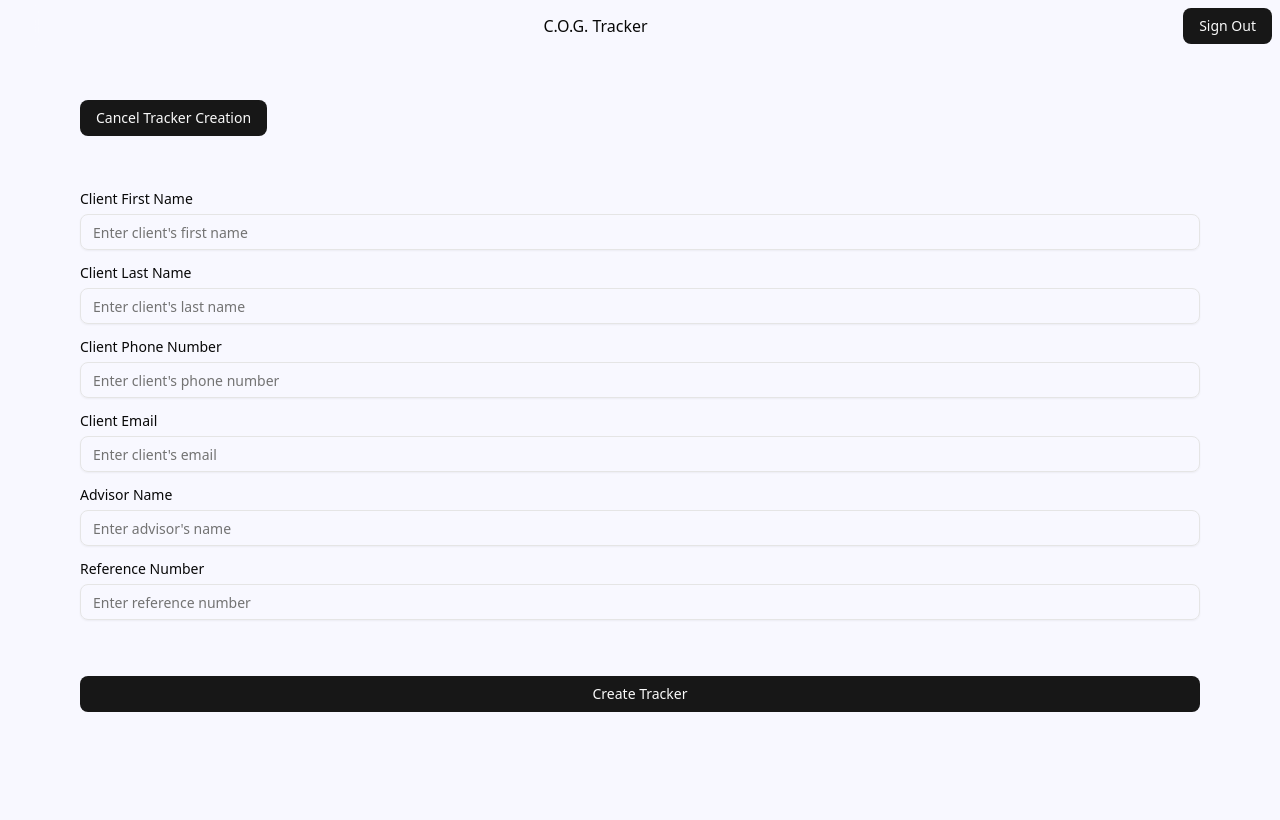
Repository: Renzo-Salosagcol/cog_tracker
Page: /dashboard/add-tracker
An editor plug-in stored every save of this project. The page is shown before and after the next save, followed by the edit.
The browser window is 1280 px wide. The pictures show the whole page.
The page's requests for data from a server got no answer. The project was rebuilt for these pictures with package versions that can differ from the ones it lists, and the page was loaded fresh each time. The framework's server and built-in components were replaced by stand-ins that run in the browser. No one was signed in, and anything a server would have sent is missing. Also part of the build but not shown: next.config.ts.

Above is the page before, as saved 2026-01-16 19:29:58.

### app/layout.tsx
import type { Metadata } from "next";
import { Geist, Geist_Mono } from "next/font/google";
import "./globals.css";

const geistSans = Geist({
  variable: "--font-geist-sans",
  subsets: ["latin"],
});

const geistMono = Geist_Mono({
  variable: "--font-geist-mono",
  subsets: ["latin"],
});

export const metadata: Metadata = {
  title: "COG Tracker",
  description: "COG tracker created to track client owned goods in a centralized and easily accessible way",
};

export default function RootLayout({
  children,
}: Readonly<{
  children: React.ReactNode;
}>) {
  return (
    <html lang="en">
      <body
        className={`${geistSans.variable} ${geistMono.variable} antialiased`}
      >
        {children}
      </body>
    </html>
  );
}

### app/dashboard/add-tracker/page.tsx
"use client";
import { Navbar } from "@/components/navbar";
import { Button } from "@/components/ui/button";
import { Separator } from "@/components/ui/separator";
import { Input } from "@/components/ui/input";
import { Label } from "@/components/ui/label";
import {
  Form,
  FormControl,
  FormDescription,
  FormField,
  FormItem,
  FormLabel,
  FormMessage,
} from "@/components/ui/form"

import { useRouter } from "next/navigation";
import { useState } from "react";
import { useForm } from "react-hook-form";
import { zodResolver } from "@hookform/resolvers/zod"
import z from "zod";

const productSchema = z.object({
  product_name: z.string().min(1, {
    message: "Product name is required.",}),
  product_sku: z.string().optional(),
  product_size: z.string().optional(),
  quantity: z.number().min(1, {
    message: "Quantity must be at least 1.",}),
});

const formSchema = z.object({
  client_first_name: z.string().min(1, {
    message: "Client first name is required.",
  }),
  client_last_name: z.string().min(1, {
    message: "Client last name is required.",
  }),
  client_phone_number: z.coerce.number().optional(),
  client_email: z
    .string()
    .email({
      message: "Email must be a valid email address.",
    })
    .optional(),
  advisor_name: z.string().min(1, {
    message: "Advisor name is required.",
  }),
  reference_number: z.coerce.number().min(1, {
    message: "Reference number is required.",
  }),
  products: z.array(productSchema).min(1, {
    message: "At least one product must be added.",
  }),
});


export default function AddTrackerPage() {
  const router = useRouter();
  const [manual_count, setManualCount] = useState(0);

  const incrementCount = () => {
    setManualCount(manual_count + 1);
  }

  const decrementCount = () => {
    if (manual_count > 0) {
      setManualCount(manual_count - 1);
    }
  }

  const moveToDashboardPage = () => {
    router.push(`/dashboard`);
  }

  const form = useForm({
    resolver: zodResolver(formSchema),
    defaultValues: {
      client_first_name: "",
      client_last_name: "",
      client_phone_number: "",
      client_email: "",
      advisor_name: "",
      reference_number: "",
      products: [],
    },
  })

  async function checkValue(formValues: z.infer<typeof formSchema>) {
    console.log(formValues.client_phone_number)
  }

  async function onSubmit(formValues: z.infer<typeof formSchema>) {
    console.log("testing");
    console.log(formValues.client_email);
  }


  return (
    <div className="root-page-element bg-background items-center justify-center p-10">
      <Navbar />
      <div className="w-full min-h-screen h-full flex flex-col gap-4 p-10 mt-5">
        <div className="mb-10 items-left w-full">
          <Button onClick={moveToDashboardPage}>Cancel Tracker Creation</Button>
        </div>
        <Form {... form}>
          <form onSubmit={form.handleSubmit(onSubmit)} className="space-y-4">
            <FormField
              control={form.control}
              name="client_first_name"
              render={({ field }) => (
                <FormItem>
                  <FormLabel>Client First Name</FormLabel>
                  <FormControl>
                    <Input placeholder="Enter client's first name" {...field} />
                  </FormControl>
                </FormItem>
              )}
            />
            <FormField
              control={form.control}
              name="client_last_name"
              render={({ field }) => (
                <FormItem>
                  <FormLabel>Client Last Name</FormLabel>
                  <FormControl>
                    <Input placeholder="Enter client's last name" {...field} />
                  </FormControl>
                </FormItem>
              )}
            />
            <FormField
              control={form.control}
              name="client_phone_number"
              render={({ field }) => (
                <FormItem>
                  <FormLabel>Client Phone Number</FormLabel>
                  <FormControl>
                    <Input
                      type="number"
                      placeholder="Enter client's phone number"
                      {...field}
                    />
                  </FormControl>
                </FormItem>
              )}
            />
            <FormField
              control={form.control}
              name="client_email"
              render={({ field }) => (
                <FormItem>
                  <FormLabel>Client Email</FormLabel>
                  <FormControl>
                    <Input placeholder="Enter client's email" {...field} />
                  </FormControl>
                </FormItem>
              )}
            />
            <FormField
              control={form.control}
              name="advisor_name"
              render={({ field }) => (
                <FormItem>
                  <FormLabel>Advisor Name</FormLabel>
                  <FormControl>
                    <Input placeholder="Enter advisor's name" {...field} />
                  </FormControl>
                </FormItem>
              )}
            />
            <FormField
              control={form.control}
              name="reference_number"
              render={({ field }) => (
                <FormItem>
                  <FormLabel>Reference Number</FormLabel>
                  <FormControl>
                    <Input
                      type="number"
                      placeholder="Enter reference number"
                      {...field}
                    />
                  </FormControl>
                </FormItem>
              )}
            />
            <Button type="submit" className="w-full mt-10">Create Tracker</Button>
          </form>
        </Form>
      </div>
    </div>
  );
}

### app/globals.css
@import "tailwindcss";
@import "tw-animate-css";

@custom-variant dark (&:is(.dark *));

@theme inline {
  --radius-sm: calc(var(--radius) - 4px);
  --radius-md: calc(var(--radius) - 2px);
  --radius-lg: var(--radius);
  --radius-xl: calc(var(--radius) + 4px);
  --radius-2xl: calc(var(--radius) + 8px);
  --radius-3xl: calc(var(--radius) + 12px);
  --radius-4xl: calc(var(--radius) + 16px);
  --color-background: var(--background);
  --color-foreground: var(--foreground);
  --color-card: var(--card);
  --color-card-foreground: var(--card-foreground);
  --color-popover: var(--popover);
  --color-popover-foreground: var(--popover-foreground);
  --color-primary: var(--primary);
  --color-primary-foreground: var(--primary-foreground);
  --color-secondary: var(--secondary);
  --color-secondary-foreground: var(--secondary-foreground);
  --color-muted: var(--muted);
  --color-muted-foreground: var(--muted-foreground);
  --color-accent: var(--accent);
  --color-accent-foreground: var(--accent-foreground);
  --color-destructive: var(--destructive);
  --color-border: var(--border);
  --color-input: var(--input);
  --color-ring: var(--ring);
  --color-chart-1: var(--chart-1);
  --color-chart-2: var(--chart-2);
  --color-chart-3: var(--chart-3);
  --color-chart-4: var(--chart-4);
  --color-chart-5: var(--chart-5);
  --color-sidebar: var(--sidebar);
  --color-sidebar-foreground: var(--sidebar-foreground);
  --color-sidebar-primary: var(--sidebar-primary);
  --color-sidebar-primary-foreground: var(--sidebar-primary-foreground);
  --color-sidebar-accent: var(--sidebar-accent);
  --color-sidebar-accent-foreground: var(--sidebar-accent-foreground);
  --color-sidebar-border: var(--sidebar-border);
  --color-sidebar-ring: var(--sidebar-ring);
  --color-facebook: var(--facebook-blue);
}

:root {
  --radius: 0.625rem;
  --background: #f8f8ff; /* Ghost White */
  --foreground: #080808; /* Vampire Black */
  --card: oklch(1 0 0);
  --card-foreground: oklch(0.145 0 0);
  --popover: oklch(1 0 0);
  --popover-foreground: oklch(0.145 0 0);
  --primary: oklch(0.205 0 0);
  --primary-foreground: oklch(0.985 0 0);
  --secondary: oklch(0.97 0 0);
  --secondary-foreground: oklch(0.205 0 0);
  --muted: oklch(0.97 0 0);
  --muted-foreground: oklch(0.556 0 0);
  --accent: oklch(0.97 0 0);
  --accent-foreground: oklch(0.205 0 0);
  --destructive: oklch(0.577 0.245 27.325);
  --border: oklch(0.922 0 0);
  --input: oklch(0.922 0 0);
  --ring: oklch(0.708 0 0);
  --chart-1: oklch(0.646 0.222 41.116);
  --chart-2: oklch(0.6 0.118 184.704);
  --chart-3: oklch(0.398 0.07 227.392);
  --chart-4: oklch(0.828 0.189 84.429);
  --chart-5: oklch(0.769 0.188 70.08);
  --sidebar: oklch(0.985 0 0);
  --sidebar-foreground: oklch(0.145 0 0);
  --sidebar-primary: oklch(0.205 0 0);
  --sidebar-primary-foreground: oklch(0.985 0 0);
  --sidebar-accent: oklch(0.97 0 0);
  --sidebar-accent-foreground: oklch(0.205 0 0);
  --sidebar-border: oklch(0.922 0 0);
  --sidebar-ring: oklch(0.708 0 0);
  --facebook-blue: #0165E1;
}

.dark {
  --background: #080808; /* Vampire Black */
  --foreground: #f8f8ff; /* Ghost White */
  --card: oklch(0.205 0 0);
  --card-foreground: oklch(0.985 0 0);
  --popover: oklch(0.205 0 0);
  --popover-foreground: oklch(0.985 0 0);
  --primary: oklch(0.922 0 0);
  --primary-foreground: oklch(0.205 0 0);
  --secondary: oklch(0.269 0 0);
  --secondary-foreground: oklch(0.985 0 0);
  --muted: oklch(0.269 0 0);
  --muted-foreground: oklch(0.708 0 0);
  --accent: oklch(0.269 0 0);
  --accent-foreground: oklch(0.985 0 0);
  --destructive: oklch(0.704 0.191 22.216);
  --border: oklch(1 0 0 / 10%);
  --input: oklch(1 0 0 / 15%);
  --ring: oklch(0.556 0 0);
  --chart-1: oklch(0.488 0.243 264.376);
  --chart-2: oklch(0.696 0.17 162.48);
  --chart-3: oklch(0.769 0.188 70.08);
  --chart-4: oklch(0.627 0.265 303.9);
  --chart-5: oklch(0.645 0.246 16.439);
  --sidebar: oklch(0.205 0 0);
  --sidebar-foreground: oklch(0.985 0 0);
  --sidebar-primary: oklch(0.488 0.243 264.376);
  --sidebar-primary-foreground: oklch(0.985 0 0);
  --sidebar-accent: oklch(0.269 0 0);
  --sidebar-accent-foreground: oklch(0.985 0 0);
  --sidebar-border: oklch(1 0 0 / 10%);
  --sidebar-ring: oklch(0.556 0 0);
  --facebook-blue: #0165E1;
}

@layer base {
  * {
    @apply border-border outline-ring/50;
  }
  body {
    @apply bg-background text-foreground;
  }
}

@utility root-page-element {
  @apply min-h-screen flex flex-col items-center justify-center top-0 left-0 w-full;
}

@utility glassmorphism {
  @apply bg-background/70 backdrop-blur-lg
}

### components/navbar.tsx
import { supabase } from "@/lib/supabase"
import { Button } from "./ui/button"
import { getUserInformation } from "@/lib/supabase"
import { useRouter } from "next/navigation";
import { useState, useEffect } from "react";

export const Navbar = () => {
  const router = useRouter();
  const [user, setUser] = useState(null);

  useEffect(() => {
    const getUser = async () => {
      const supabaseUser = await getUserInformation();
      setUser(supabaseUser);
    };
    getUser();
  }, []);

  async function signOut() {
    let { error } = await supabase.auth.signOut()
  }

  useEffect(() => {
    const { data: { subscription } } = supabase.auth.onAuthStateChange((event, session) => {
      if (event == "SIGNED_OUT") {
          router.push("/");
      }
    });
    return () => subscription?.unsubscribe();
  }, [router]);

  return (
    <nav className="top-0 left-0 w-full glassmorphism fixed">
      <div className="flex flex-row items-center justify-between p-2">
        <div>{user?.email}</div>
        <h1>C.O.G. Tracker</h1>
        <Button onClick={signOut}>Sign Out</Button>
      </div>
    </nav>
  )
}

### components/ui/button.tsx
import * as React from "react"
import { Slot } from "@radix-ui/react-slot"
import { cva, type VariantProps } from "class-variance-authority"

import { cn } from "@/lib/utils"

const buttonVariants = cva(
  "inline-flex items-center justify-center gap-2 whitespace-nowrap rounded-md text-sm font-medium transition-all disabled:pointer-events-none disabled:opacity-50 [&_svg]:pointer-events-none [&_svg:not([class*='size-'])]:size-4 shrink-0 [&_svg]:shrink-0 outline-none focus-visible:border-ring focus-visible:ring-ring/50 focus-visible:ring-[3px] aria-invalid:ring-destructive/20 dark:aria-invalid:ring-destructive/40 aria-invalid:border-destructive cursor-pointer",
  {
    variants: {
      variant: {
        default: "bg-primary text-primary-foreground hover:bg-primary/90",
        destructive:
          "bg-destructive text-white hover:bg-destructive/90 focus-visible:ring-destructive/20 dark:focus-visible:ring-destructive/40 dark:bg-destructive/60",
        outline:
          "border bg-background shadow-xs hover:bg-accent hover:text-accent-foreground dark:bg-input/30 dark:border-input dark:hover:bg-input/50",
        secondary:
          "bg-secondary text-secondary-foreground hover:bg-secondary/80",
        ghost:
          "hover:bg-accent hover:text-accent-foreground dark:hover:bg-accent/50",
        link: "text-primary underline-offset-4 hover:underline",
        facebook: "bg-facebook text-white hover:bg-facebook/90",
      },
      size: {
        default: "h-9 px-4 py-2 has-[>svg]:px-3",
        sm: "h-8 rounded-md gap-1.5 px-3 has-[>svg]:px-2.5",
        lg: "h-10 rounded-md px-6 has-[>svg]:px-4",
        icon: "size-9",
        "icon-sm": "size-8",
        "icon-lg": "size-10",
      },
    },
    defaultVariants: {
      variant: "default",
      size: "default",
    },
  }
)

function Button({
  className,
  variant = "default",
  size = "default",
  asChild = false,
  ...props
}: React.ComponentProps<"button"> &
  VariantProps<typeof buttonVariants> & {
    asChild?: boolean
  }) {
  const Comp = asChild ? Slot : "button"

  return (
    <Comp
      data-slot="button"
      data-variant={variant}
      data-size={size}
      className={cn(buttonVariants({ variant, size, className }))}
      {...props}
    />
  )
}

export { Button, buttonVariants }

### components/ui/input.tsx
import * as React from "react"

import { cn } from "@/lib/utils"

function Input({ className, type, ...props }: React.ComponentProps<"input">) {
  return (
    <input
      type={type}
      data-slot="input"
      className={cn(
        "file:text-foreground placeholder:text-muted-foreground selection:bg-primary selection:text-primary-foreground dark:bg-input/30 border-input h-9 w-full min-w-0 rounded-md border bg-transparent px-3 py-1 text-base shadow-xs transition-[color,box-shadow] outline-none file:inline-flex file:h-7 file:border-0 file:bg-transparent file:text-sm file:font-medium disabled:pointer-events-none disabled:cursor-not-allowed disabled:opacity-50 md:text-sm",
        "focus-visible:border-ring focus-visible:ring-ring/50 focus-visible:ring-[3px]",
        "aria-invalid:ring-destructive/20 dark:aria-invalid:ring-destructive/40 aria-invalid:border-destructive",
        className
      )}
      {...props}
    />
  )
}

export { Input }

### components/ui/form.tsx
"use client"

import * as React from "react"
import type * as LabelPrimitive from "@radix-ui/react-label"
import { Slot } from "@radix-ui/react-slot"
import {
  Controller,
  FormProvider,
  useFormContext,
  useFormState,
  type ControllerProps,
  type FieldPath,
  type FieldValues,
} from "react-hook-form"

import { cn } from "@/lib/utils"
import { Label } from "@/components/ui/label"

const Form = FormProvider

type FormFieldContextValue<
  TFieldValues extends FieldValues = FieldValues,
  TName extends FieldPath<TFieldValues> = FieldPath<TFieldValues>,
> = {
  name: TName
}

const FormFieldContext = React.createContext<FormFieldContextValue>(
  {} as FormFieldContextValue
)

const FormField = <
  TFieldValues extends FieldValues = FieldValues,
  TName extends FieldPath<TFieldValues> = FieldPath<TFieldValues>,
>({
  ...props
}: ControllerProps<TFieldValues, TName>) => {
  return (
    <FormFieldContext.Provider value={{ name: props.name }}>
      <Controller {...props} />
    </FormFieldContext.Provider>
  )
}

const useFormField = () => {
  const fieldContext = React.useContext(FormFieldContext)
  const itemContext = React.useContext(FormItemContext)
  const { getFieldState } = useFormContext()
  const formState = useFormState({ name: fieldContext.name })
  const fieldState = getFieldState(fieldContext.name, formState)

  if (!fieldContext) {
    throw new Error("useFormField should be used within <FormField>")
  }

  const { id } = itemContext

  return {
    id,
    name: fieldContext.name,
    formItemId: `${id}-form-item`,
    formDescriptionId: `${id}-form-item-description`,
    formMessageId: `${id}-form-item-message`,
    ...fieldState,
  }
}

type FormItemContextValue = {
  id: string
}

const FormItemContext = React.createContext<FormItemContextValue>(
  {} as FormItemContextValue
)

function FormItem({ className, ...props }: React.ComponentProps<"div">) {
  const id = React.useId()

  return (
    <FormItemContext.Provider value={{ id }}>
      <div
        data-slot="form-item"
        className={cn("grid gap-2", className)}
        {...props}
      />
    </FormItemContext.Provider>
  )
}

function FormLabel({
  className,
  ...props
}: React.ComponentProps<typeof LabelPrimitive.Root>) {
  const { error, formItemId } = useFormField()

  return (
    <Label
      data-slot="form-label"
      data-error={!!error}
      className={cn("data-[error=true]:text-destructive", className)}
      htmlFor={formItemId}
      {...props}
    />
  )
}

function FormControl({ ...props }: React.ComponentProps<typeof Slot>) {
  const { error, formItemId, formDescriptionId, formMessageId } = useFormField()

  return (
    <Slot
      data-slot="form-control"
      id={formItemId}
      aria-describedby={
        !error
          ? `${formDescriptionId}`
          : `${formDescriptionId} ${formMessageId}`
      }
      aria-invalid={!!error}
      {...props}
    />
  )
}

function FormDescription({ className, ...props }: React.ComponentProps<"p">) {
  const { formDescriptionId } = useFormField()

  return (
    <p
      data-slot="form-description"
      id={formDescriptionId}
      className={cn("text-muted-foreground text-sm", className)}
      {...props}
    />
  )
}

function FormMessage({ className, ...props }: React.ComponentProps<"p">) {
  const { error, formMessageId } = useFormField()
  const body = error ? String(error?.message ?? "") : props.children

  if (!body) {
    return null
  }

  return (
    <p
      data-slot="form-message"
      id={formMessageId}
      className={cn("text-destructive text-sm", className)}
      {...props}
    >
      {body}
    </p>
  )
}

export {
  useFormField,
  Form,
  FormItem,
  FormLabel,
  FormControl,
  FormDescription,
  FormMessage,
  FormField,
}

### lib/supabase.ts
import { createClient } from '@supabase/supabase-js';

const supabaseUrl = process.env.NEXT_PUBLIC_SUPABASE_URL;
const supabaseAnonKey = process.env.NEXT_PUBLIC_SUPABASE_ANON_KEY;

export const supabase = createClient(supabaseUrl, supabaseAnonKey);

export async function getUserInformation() {
  const { data: { user } } = await supabase.auth.getUser()

  return user;
}

Loaded but not shown: lib/utils.ts (common file); components/ui/label.tsx (common file)

After the next save:
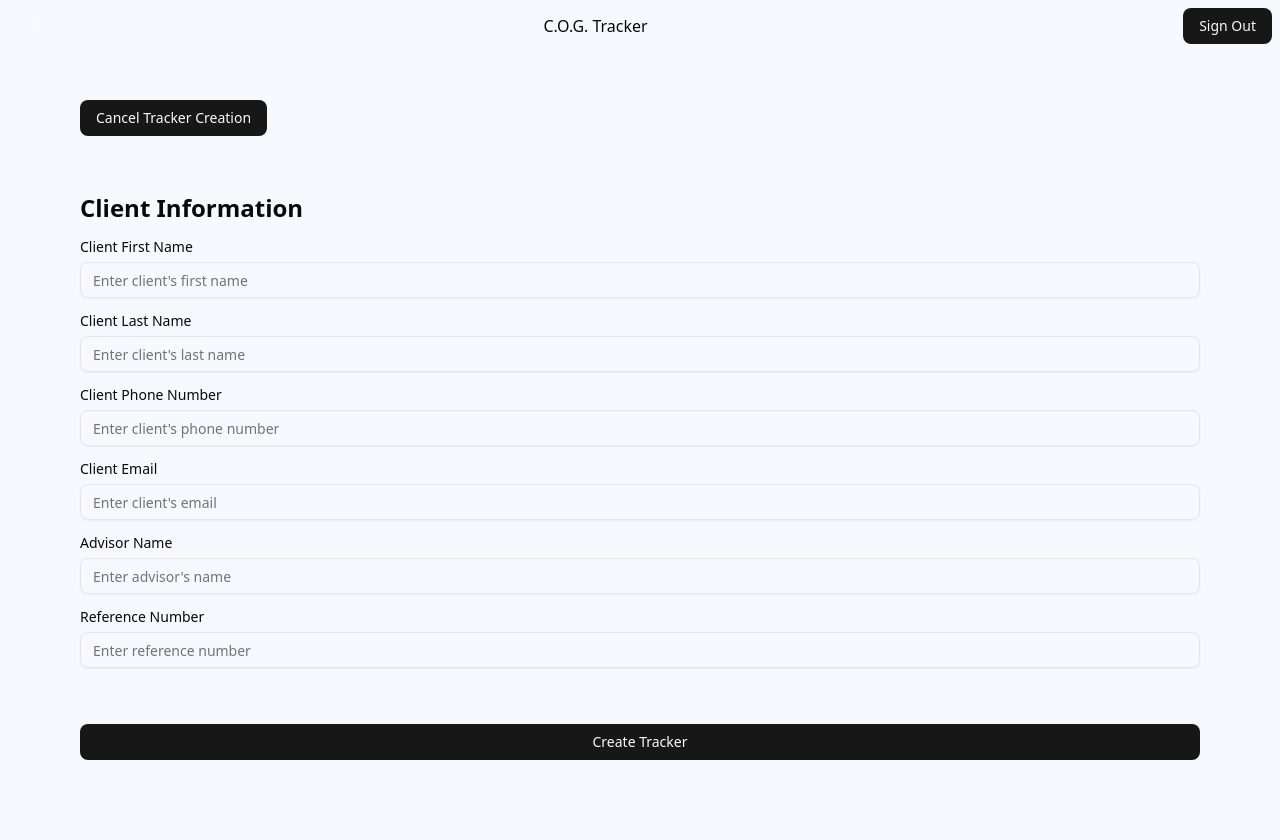
Saved 95 s later.
--- a/app/dashboard/add-tracker/page.tsx
+++ b/app/dashboard/add-tracker/page.tsx
@@ -105,6 +105,7 @@ export default function AddTrackerPage() {
         </div>
         <Form {... form}>
           <form onSubmit={form.handleSubmit(onSubmit)} className="space-y-4">
+            <Label className="text-2xl font-bold">Client Information</Label>
             <FormField
               control={form.control}
               name="client_first_name"
